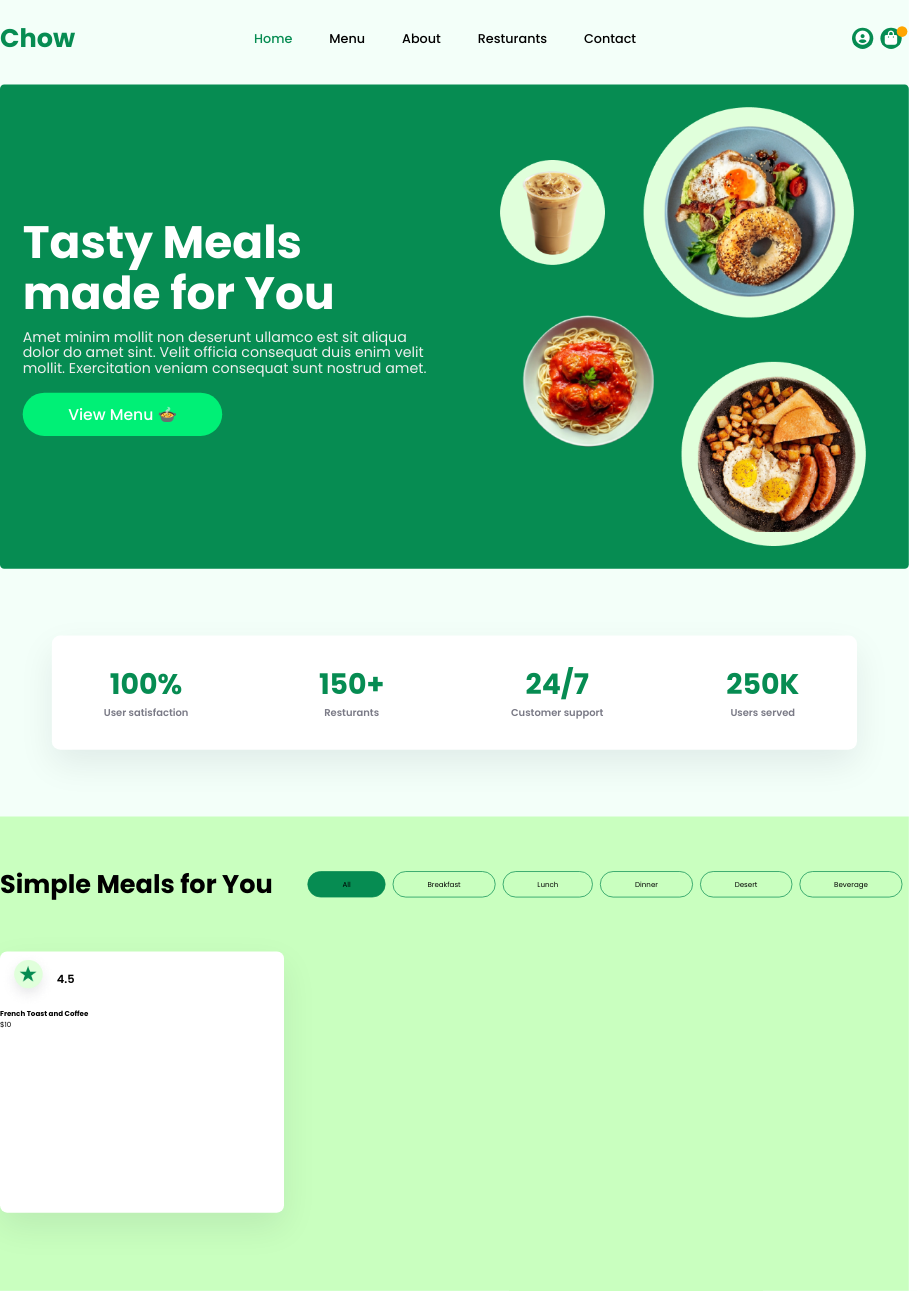
Repository: nguyennam1029/balbal
Page: index.html
An editor plug-in stored every save of this project. The page is shown before and after the next save, followed by the edit.
The browser window is 1280 px wide. The page is 1292 px wide, so the pictures cover 1292 px, including what lies to the right of the window. The pictures show the whole page, at 71% of full size.
Some web libraries are served in a nearby version.

Above is the page before, as saved 2022-07-01 22:17:09.

### index.html
<!DOCTYPE html>
<html lang="en">
  <head>
    <meta charset="UTF-8" />
    <meta http-equiv="X-UA-Compatible" content="IE=edge" />
    <meta name="viewport" content="width=device-width, initial-scale=1.0" />
    <title>Chow</title>
    <link
      rel="stylesheet"
      href="https://cdnjs.cloudflare.com/ajax/libs/font-awesome/6.1.1/css/all.min.css"
      integrity="sha512-KfkfwYDsLkIlwQp6LFnl8zNdLGxu9YAA1QvwINks4PhcElQSvqcyVLLD9aMhXd13uQjoXtEKNosOWaZqXgel0g=="
      crossorigin="anonymous"
      referrerpolicy="no-referrer"
    />
    <link rel="stylesheet" href="css/grid.css" />
    <link rel="stylesheet" href="css/style.css" />
  </head>
  <body>
    <div class="app">
      <div class="grid wide">
        <div class="menu">
          <a href="#" class="menu-left">Chow</a>
          <ul class="menu-center">
            <li class="menu-center-item">
              <a href="#" class="menu-center--link active">Home</a>
            </li>
            <li class="menu-center-item">
              <a href="#" class="menu-center--link">Menu</a>
            </li>
            <li class="menu-center-item">
              <a href="#" class="menu-center--link">About</a>
            </li>
            <li class="menu-center-item">
              <a href="#" class="menu-center--link">Resturants</a>
            </li>
            <li class="menu-center-item">
              <a href="#" class="menu-center--link">Contact</a>
            </li>
          </ul>
          <ul class="menu-right">
            <li class="menu-right-item">
              <a href="#" class="menu-right--link">
                <i class="fa-solid fa-circle-user"></i>
              </a>
            </li>
            <li class="menu-right-item">
              <a href="#" class="menu-right--link active">
                <i class="fa-solid fa-bag-shopping"></i>
                <span class="menu-right--circle"></span>
              </a>
            </li>
          </ul>
        </div>
        <div class="banner">
          <div class="row">
            <div class="col l-6 m-6 c-12">
              <div class="banner-info">
                <h1 class="banner-title">Tasty Meals made for You</h1>
                <span class="banner-des"
                  >Amet minim mollit non deserunt ullamco est sit aliqua dolor
                  do amet sint. Velit officia consequat duis enim velit mollit.
                  Exercitation veniam consequat sunt nostrud amet.</span
                >
                <a href="#" class="banner-btn"> View Menu 🍲 </a>
              </div>
            </div>
            <div class="col l-6 m-6 c-12">
              <div class="banner-img">
                <img src="images/banner1.png" alt="" />
              </div>
            </div>
          </div>
        </div>
        <div class="statistical">
          <div class="row">
            <div class="col l-3 m-6 c-12">
              <div class="statistical-item">
                <h3 class="statistical-item--title">100%</h3>
                <span class="statistical-item--des">User satisfaction</span>
              </div>
            </div>
            <div class="col l-3 m-6 c-12">
              <div class="statistical-item">
                <h3 class="statistical-item--title">150+</h3>
                <span class="statistical-item--des">Resturants</span>
              </div>
            </div>
            <div class="col l-3 m-6 c-12">
              <div class="statistical-item">
                <h3 class="statistical-item--title">24/7</h3>
                <span class="statistical-item--des">Customer support</span>
              </div>
            </div>
            <div class="col l-3 m-6 c-12">
              <div class="statistical-item">
                <h3 class="statistical-item--title">250K</h3>
                <span class="statistical-item--des">Users served</span>
              </div>
            </div>
          </div>
        </div>
      </div>
      <div class="product">
        <div class="grid wide">
          <div class="product-top row">
            <div class="col l-4 m-3 c-12">
              <h3 class="product-heading">Simple Meals for You</h3>
            </div>
            <div class="col l-8 m-8 c-12">
              <ul class="tab-list">
                <li class="tab-item active">All</li>
                <li class="tab-item">Breakfast</li>
                <li class="tab-item">Lunch</li>
                <li class="tab-item">Dinner</li>
                <li class="tab-item">Desert</li>
                <li class="tab-item">Beverage</li>
              </ul>
            </div>
          </div>
          <div class="product-list">
            <div class="row">
              <div class="col l-4 m-6 l-12">
                <div class="product-item">
                  <div class="product-item--rating">
                    <img src="images/star.png" alt="" />
                    <span>4.5</span>
                  </div>
                  <div class="product-item--content">
                    <h4 class="product-item--name">French Toast and Coffee</h4>
                    <div class="product-item--footer">
                      <span class="product-item--price">$10</span>
                      <a href="#" class="product-item--btn"></a>
                    </div>
                  </div>
                </div>
              </div>
            </div>
          </div>
        </div>
      </div>
    </div>
  </body>
</html>

### css/grid.css
/* L là pc ,  M là tablet, C là mobile  */
.grid {
    width  : 100%;
    display: block;
    padding: 0;
}

.grid.wide {
    max-width: 1280px;
    margin   : 0 auto;
}

.row {
    display     : flex;
    flex-wrap   : wrap;
    margin-left : -4px;
    margin-right: -4px;
}

.row.no-gutters {
    margin-left : 0;
    margin-right: 0;
}

.col {
    padding-left : 4px;
    padding-right: 4px;
}

.row.no-gutters .col {
    padding-left : 0;
    padding-right: 0;
}

.c-0 {
    display: none;
}

.c-1 {
    flex     : 0 0 8.33333%;
    max-width: 8.33333%;
}

.c-2 {
    flex     : 0 0 16.66667%;
    max-width: 16.66667%;
}

.c-3 {
    flex     : 0 0 25%;
    max-width: 25%;
}

.c-4 {
    flex     : 0 0 33.33333%;
    max-width: 33.33333%;
}

.c-5 {
    flex     : 0 0 41.66667%;
    max-width: 41.66667%;
}

.c-6 {
    flex     : 0 0 50%;
    max-width: 50%;
}

.c-7 {
    flex     : 0 0 58.33333%;
    max-width: 58.33333%;
}

.c-8 {
    flex     : 0 0 66.66667%;
    max-width: 66.66667%;
}

.c-9 {
    flex     : 0 0 75%;
    max-width: 75%;
}

.c-10 {
    flex     : 0 0 83.33333%;
    max-width: 83.33333%;
}

.c-11 {
    flex     : 0 0 91.66667%;
    max-width: 91.66667%;
}

.c-12 {
    flex     : 0 0 100%;
    max-width: 100%;
}

.c-o-1 {
    margin-left: 8.33333%;
}

.c-o-2 {
    margin-left: 16.66667%;
}

.c-o-3 {
    margin-left: 25%;
}

.c-o-4 {
    margin-left: 33.33333%;
}

.c-o-5 {
    margin-left: 41.66667%;
}

.c-o-6 {
    margin-left: 50%;
}

.c-o-7 {
    margin-left: 58.33333%;
}

.c-o-8 {
    margin-left: 66.66667%;
}

.c-o-9 {
    margin-left: 75%;
}

.c-o-10 {
    margin-left: 83.33333%;
}

.c-o-11 {
    margin-left: 91.66667%;
}

/* >= Tablet */
@media (min-width: 740px) {
    .row {
        margin-left : -8px;
        margin-right: -8px;
    }

    .col {
        padding-left : 8px;
        padding-right: 8px;
    }

    .m-0 {
        display: none;
    }

    .m-1,
    .m-2,
    .m-3,
    .m-4,
    .m-5,
    .m-6,
    .m-7,
    .m-8,
    .m-9,
    .m-10,
    .m-11,
    .m-12 {
        display: block;
    }

    .m-1 {
        flex     : 0 0 8.33333%;
        max-width: 8.33333%;
    }

    .m-2 {
        flex     : 0 0 16.66667%;
        max-width: 16.66667%;
    }

    .m-3 {
        flex     : 0 0 25%;
        max-width: 25%;
    }

    .m-4 {
        flex     : 0 0 33.33333%;
        max-width: 33.33333%;
    }

    .m-5 {
        flex     : 0 0 41.66667%;
        max-width: 41.66667%;
    }

    .m-6 {
        flex     : 0 0 50%;
        max-width: 50%;
    }

    .m-7 {
        flex     : 0 0 58.33333%;
        max-width: 58.33333%;
    }

    .m-8 {
        flex     : 0 0 66.66667%;
        max-width: 66.66667%;
    }

    .m-9 {
        flex     : 0 0 75%;
        max-width: 75%;
    }

    .m-10 {
        flex     : 0 0 83.33333%;
        max-width: 83.33333%;
    }

    .m-11 {
        flex     : 0 0 91.66667%;
        max-width: 91.66667%;
    }

    .m-12 {
        flex     : 0 0 100%;
        max-width: 100%;
    }

    .m-o-1 {
        margin-left: 8.33333%;
    }

    .m-o-2 {
        margin-left: 16.66667%;
    }

    .m-o-3 {
        margin-left: 25%;
    }

    .m-o-4 {
        margin-left: 33.33333%;
    }

    .m-o-5 {
        margin-left: 41.66667%;
    }

    .m-o-6 {
        margin-left: 50%;
    }

    .m-o-7 {
        margin-left: 58.33333%;
    }

    .m-o-8 {
        margin-left: 66.66667%;
    }

    .m-o-9 {
        margin-left: 75%;
    }

    .m-o-10 {
        margin-left: 83.33333%;
    }

    .m-o-11 {
        margin-left: 91.66667%;
    }
}

/* PC medium resolution > */
@media (min-width: 1113px) {
    .row {
        margin-left : -12px;
        margin-right: -12px;
    }

    .row.sm-gutter {
        margin-left : -5px;
        margin-right: -5px;
    }

    .col {
        padding-left : 12px;
        padding-right: 12px;
    }

    .row.sm-gutter .col {
        padding-left : 5px;
        padding-right: 5px;
    }

    .l-0 {
        display: none;
    }

    .l-1,
    .l-2,
    .l-2-4,
    .l-3,
    .l-4,
    .l-5,
    .l-6,
    .l-7,
    .l-8,
    .l-9,
    .l-10,
    .l-11,
    .l-12 {
        display: block;
    }

    .l-1 {
        flex     : 0 0 8.33333%;
        max-width: 8.33333%;
    }

    .l-2 {
        flex     : 0 0 16.66667%;
        max-width: 16.66667%;
    }

    .l-2-4 {
        flex     : 0 0 20%;
        max-width: 20%;
    }

    .l-3 {
        flex     : 0 0 25%;
        max-width: 25%;
    }

    .l-4 {
        flex     : 0 0 33.33333%;
        max-width: 33.33333%;
    }

    .l-5 {
        flex     : 0 0 41.66667%;
        max-width: 41.66667%;
    }

    .l-6 {
        flex     : 0 0 50%;
        max-width: 50%;
    }

    .l-7 {
        flex     : 0 0 58.33333%;
        max-width: 58.33333%;
    }

    .l-8 {
        flex     : 0 0 66.66667%;
        max-width: 66.66667%;
    }

    .l-9 {
        flex     : 0 0 75%;
        max-width: 75%;
    }

    .l-10 {
        flex     : 0 0 83.33333%;
        max-width: 83.33333%;
    }

    .l-11 {
        flex     : 0 0 91.66667%;
        max-width: 91.66667%;
    }

    .l-12 {
        flex     : 0 0 100%;
        max-width: 100%;
    }

    .l-o-1 {
        margin-left: 8.33333%;
    }

    .l-o-2 {
        margin-left: 16.66667%;
    }

    .l-o-3 {
        margin-left: 25%;
    }

    .l-o-4 {
        margin-left: 33.33333%;
    }

    .l-o-5 {
        margin-left: 41.66667%;
    }

    .l-o-6 {
        margin-left: 50%;
    }

    .l-o-7 {
        margin-left: 58.33333%;
    }

    .l-o-8 {
        margin-left: 66.66667%;
    }

    .l-o-9 {
        margin-left: 75%;
    }

    .l-o-10 {
        margin-left: 83.33333%;
    }

    .l-o-11 {
        margin-left: 91.66667%;
    }
}

/* Tablet - PC low resolution */
@media (min-width: 740px) and (max-width: 1023px) {
    .wide {
        width: 644px;
    }
}

/* > PC low resolution */
@media (min-width: 1024px) and (max-width: 1239px) {
    .wide {
        width: 984px;
    }

    .wide .row {
        margin-left : -12px;
        margin-right: -12px;
    }

    .wide .row.sm-gutter {
        margin-left : -5px;
        margin-right: -5px;
    }

    .wide .col {
        padding-left : 12px;
        padding-right: 12px;
    }

    .wide .row.sm-gutter .col {
        padding-left : 5px;
        padding-right: 5px;
    }

    .wide .l-0 {
        display: none;
    }

    .wide .l-1,
    .wide .l-2,
    .wide .l-2-4,
    .wide .l-3,
    .wide .l-4,
    .wide .l-5,
    .wide .l-6,
    .wide .l-7,
    .wide .l-8,
    .wide .l-9,
    .wide .l-10,
    .wide .l-11,
    .wide .l-12 {
        display: block;
    }

    .wide .l-1 {
        flex     : 0 0 8.33333%;
        max-width: 8.33333%;
    }

    .wide .l-2 {
        flex     : 0 0 16.66667%;
        max-width: 16.66667%;
    }

    .wide .l-2-4 {
        flex     : 0 0 20%;
        max-width: 20%;
    }

    .wide .l-3 {
        flex     : 0 0 25%;
        max-width: 25%;
    }

    .wide .l-4 {
        flex     : 0 0 33.33333%;
        max-width: 33.33333%;
    }

    .wide .l-5 {
        flex     : 0 0 41.66667%;
        max-width: 41.66667%;
    }

    .wide .l-6 {
        flex     : 0 0 50%;
        max-width: 50%;
    }

    .wide .l-7 {
        flex     : 0 0 58.33333%;
        max-width: 58.33333%;
    }

    .wide .l-8 {
        flex     : 0 0 66.66667%;
        max-width: 66.66667%;
    }

    .wide .l-9 {
        flex     : 0 0 75%;
        max-width: 75%;
    }

    .wide .l-10 {
        flex     : 0 0 83.33333%;
        max-width: 83.33333%;
    }

    .wide .l-11 {
        flex     : 0 0 91.66667%;
        max-width: 91.66667%;
    }

    .wide .l-12 {
        flex     : 0 0 100%;
        max-width: 100%;
    }

    .wide .l-o-1 {
        margin-left: 8.33333%;
    }

    .wide .l-o-2 {
        margin-left: 16.66667%;
    }

    .wide .l-o-3 {
        margin-left: 25%;
    }

    .wide .l-o-4 {
        margin-left: 33.33333%;
    }

    .wide .l-o-5 {
        margin-left: 41.66667%;
    }

    .wide .l-o-6 {
        margin-left: 50%;
    }

    .wide .l-o-7 {
        margin-left: 58.33333%;
    }

    .wide .l-o-8 {
        margin-left: 66.66667%;
    }

    .wide .l-o-9 {
        margin-left: 75%;
    }

    .wide .l-o-10 {
        margin-left: 83.33333%;
    }

    .wide .l-o-11 {
        margin-left: 91.66667%;
    }
}

### css/style.css
@import url('https://fonts.googleapis.com/css2?family=Poppins:wght@400;500;600;700&display=swap');

*,
*::before,
*::after {
    box-sizing: border-box;
}

* {
    margin : 0;
    padding: 0;
}

html {
    font-family: 'Poppins',
        sans-serif;
    font-size: 62.5%;
}

html,
body {
    height: 100%;
}

body {
    line-height: 1.5;
}

img,
picture,
video,
canvas,
svg {
    display  : block;
    max-width: 100%;
}

input,
button,
textarea,
select {
    font   : inherit;
    outline: none;
}

p,
h1,
h2,
h3,
h4,
h5,
h6 {
    overflow-wrap: break-word;
}

a {
    text-decoration: none;
}

ul {
    list-style: none;
}

.app {
    background-color: #f3fff9;
    padding-top     : 34px;
}

.menu {
    display        : flex;
    justify-content: space-between;
    align-items    : center;
    margin         : 0 0 45px;
}

.menu-left {
    font-weight: 700;
    font-size  : 3.6rem;
    line-height: 40px;

    color: #068C52;
}

.menu-center,
.menu-right {
    display        : flex;
    justify-content: center;
    align-items    : center;
}

.menu-center--link {
    margin-right: 52px;
    font-weight : 500;
    font-size   : 1.8rem;
    line-height : 27px;
    color       : #000000;
}

.menu-center--link.active {
    color: #068C52;
}

.menu-right--link {
    margin-right         : 10px;
    display              : flex;
    justify-content      : center;
    align-items          : center;
    width                : 30px;
    height               : 30px;
    border-radius        : 50%;
    -webkit-border-radius: 50%;
    -moz-border-radius   : 50%;
    -ms-border-radius    : 50%;
    -o-border-radius     : 50%;
    background-color     : #068C52;
}

.menu-right--link i {
    color    : #fff;
    font-size: 2rem;
}

.menu-right--link.active {
    position: relative;
}

.menu-right--circle {
    position             : absolute;
    top                  : -2px;
    right                : -8px;
    width                : 15px;
    height               : 15px;
    background           : #FFA500;
    border-radius        : 50%;
    -webkit-border-radius: 50%;
    -moz-border-radius   : 50%;
    -ms-border-radius    : 50%;
    -o-border-radius     : 50%;
}

.banner {
    background-color     : #068C52;
    border-radius        : 6px;
    -webkit-border-radius: 6px;
    -moz-border-radius   : 6px;
    -ms-border-radius    : 6px;
    -o-border-radius     : 6px;
    padding              : 32px;
}

.banner-info {
    display           : flex;
    justify-content   : center;
    /* align-items    : center; */
    flex-direction    : column;
    height            : 100%;
}

.banner-title {
    font-weight: 700;
    font-size  : 6.4rem;
    line-height: 72px;

    color: #FFFFFF;
}

.banner-des {
    font-weight: 400;
    font-size  : 2rem;
    line-height: 22px;
    display    : block;
    color      : #EFEFEF;
    margin     : 14px 0 24px;
}

.banner-btn {
    font-weight          : 500;
    font-size            : 2.2rem;
    line-height          : 33px;
    padding              : 14px 64px;
    /*Primary/White*/
    color                : #FFFFFF;
    background           : #00F076;
    border-radius        : 32px;
    -webkit-border-radius: 32px;
    -moz-border-radius   : 32px;
    -ms-border-radius    : 32px;
    -o-border-radius     : 32px;
    width                : fit-content;
}

.statistical {
    max-width    : 1134px;
    margin       : 94px auto;
    /* border    : 1px solid; */
    background   : #FFFFFF;
    /* Drop Shadow/High */
    padding      : 40px 0;
    box-shadow   : 0px 20px 50px rgba(18, 17, 39, 0.08);
    border-radius: 12px;
    text-align   : center;
}

.statistical-item--title {
    font-weight: 700;
    font-size  : 4rem;
    line-height: 140%;
    /* identical to box height, or 56px */

    text-align: center;

    color: #068C52;
}

.statistical-item--des {
    font-weight: 600;
    font-size  : 1.4rem;
    line-height: 180%;
    color      : rgba(18, 17, 39, 0.56);
}

.product {
    background-color: #c9ffbf;
    padding         : 76px 0 46px;
}

.product-top {
    display        : flex;
    justify-content: space-between;
    align-items    : center;
}

.product-heading {
    font-weight: 700;
    font-size  : 3.6rem;
    line-height: 40px;

    color: #000000;
}

.tab-list {
    display        : flex;
    justify-content: center;
    align-items    : center;

}

.tab-item {
    padding           : 10px 48px;
    border            : 1px solid #068C52;
    border-radius     : 40px;
    display           : block;
    margin-right      : 10px;
    cursor            : pointer;
    transition        : .25s ease-in;
    -webkit-transition: .25s ease-in;
    -moz-transition   : .25s ease-in;
    -ms-transition    : .25s ease-in;
    -o-transition     : .25s ease-in;
}

.tab-item.active {
    background: #068C52;
    cursor    : default;
}

.tab-item:hover {
    background: #068c5290;
}

.product-list {
    margin: 74px 0 64px;
}

.product-item {
    background: #FFFFFF;
    /* Drop Shadow/High */

    box-shadow   : 0px 20px 50px rgba(18, 17, 39, 0.08);
    border-radius: 10px;
    width        : calc((100% - 80px) / 3);
    min-height   : 368px;
}

.product-item--rating {
    display           : flex;
    /* justify-content: center; */
    align-items       : center;
}

.product-item--rating span {
    font-weight: 600;
    font-size  : 1.6rem;
    line-height: 24px;
    /* identical to box height */


    color: #000000;
}

After the next save:
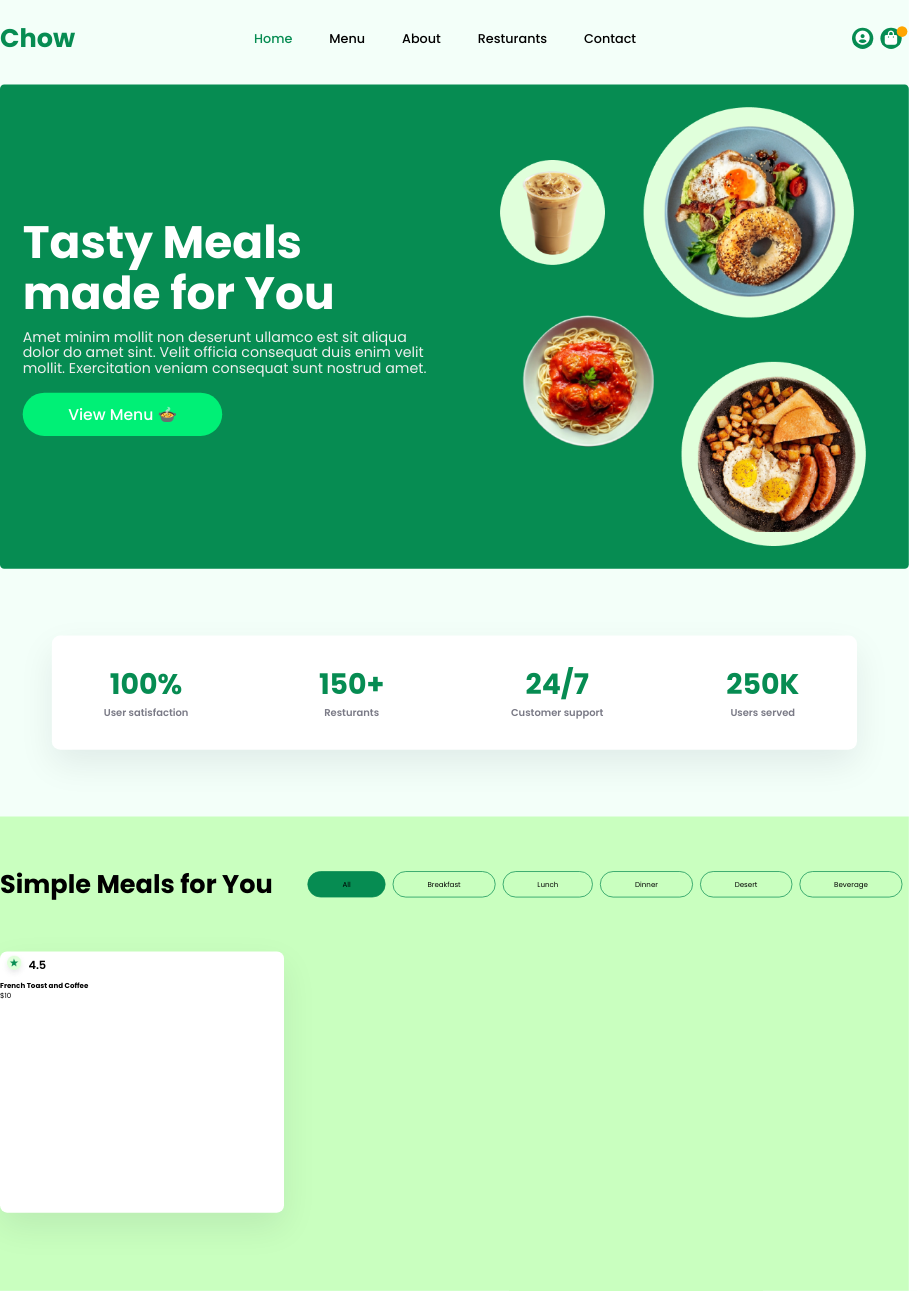
Saved 40 s later.
--- a/css/style.css
+++ b/css/style.css
@@ -288,6 +288,12 @@ ul {
     align-items       : center;
 }
 
+.product-item--rating img {
+    width     : 40px;
+    height    : 40px;
+    object-fit: cover;
+}
+
 .product-item--rating span {
     font-weight: 600;
     font-size  : 1.6rem;
